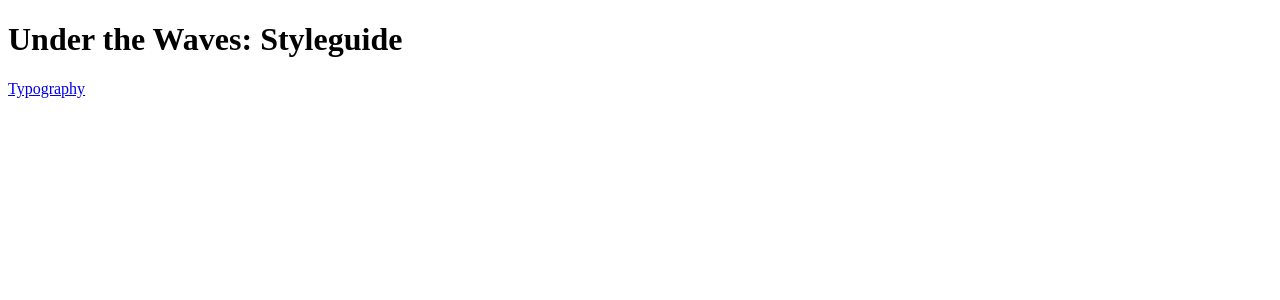
Repository: TeoEstrada9/styleguide
Page: index.html
An editor plug-in stored every save of this project. The page is shown before and after the next save, followed by the edit.
The browser window is 1280 px wide. The pictures show the whole page.

Above is the page before, as saved 2023-03-02 10:11:29.

After the next save:
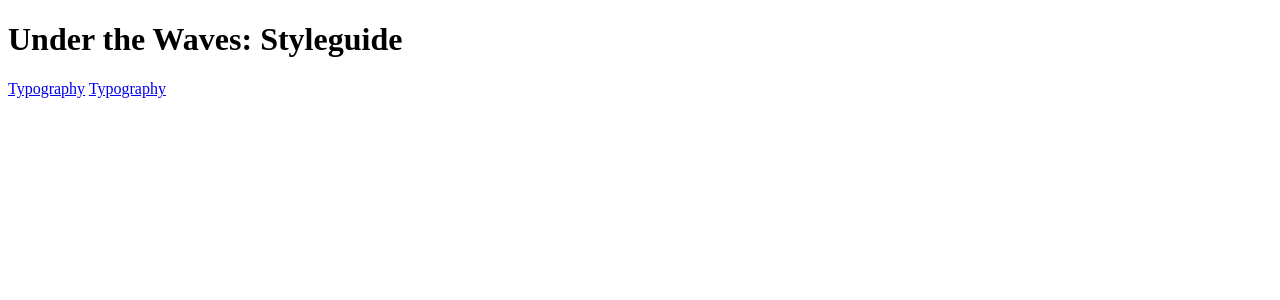
Saved 44 s later.
--- a/index.html
+++ b/index.html
@@ -12,5 +12,6 @@
   <body>
     <h1>Under the Waves: Styleguide</h1>
     <a href="./pages/typography.html">Typography</a>
+    <a href="./pages/typography.html">Typography</a>
   </body>
 </html>
